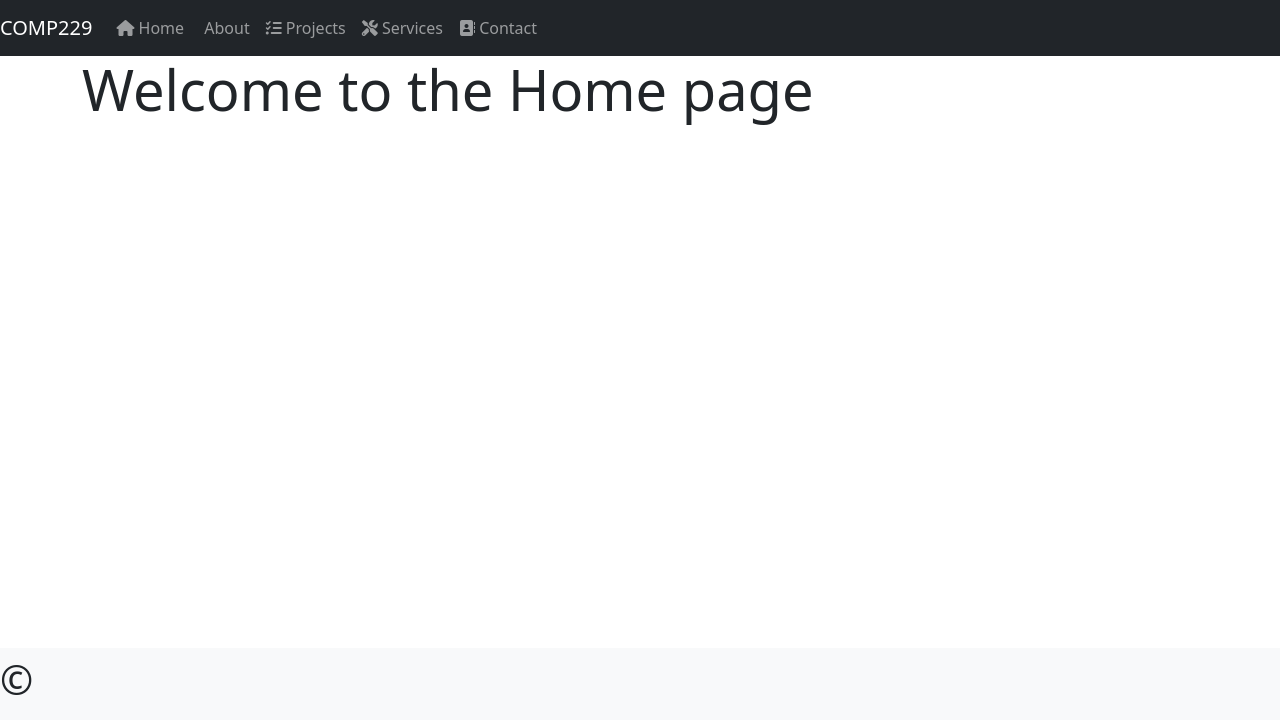
Repository: kiruriluap/COMP229-M2022-Labs
Page: http://localhost/home
An editor plug-in stored every save of this project. The page is shown before and after a run of saves, followed by the edit.
The browser window is 1280 px wide. The pictures show the whole page.
The page is served by the project's Node server (server.js).

Above is the page before, as saved 2022-05-28 18:09:27.

After the next 5 saves:
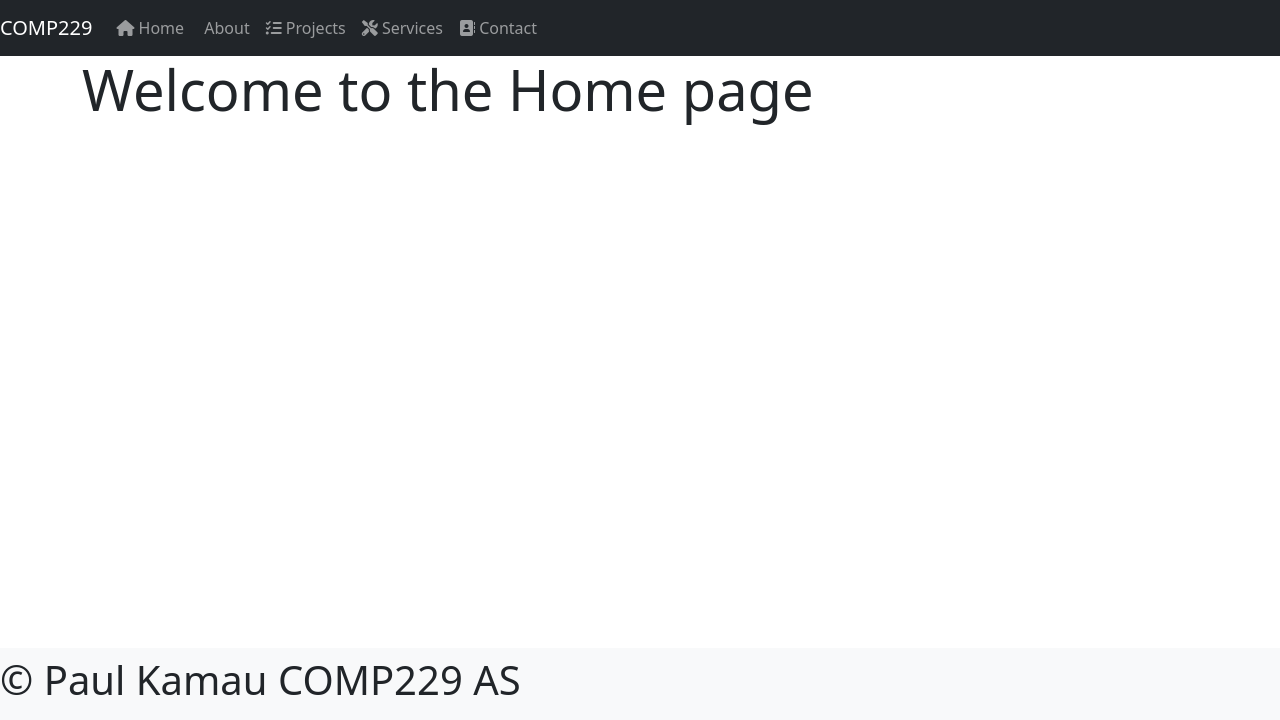
The 5 saves are shown as one change because they came seconds apart.
The last was saved 17 s later.
--- a/week3-6 Partials - Copy - Copy/views/index.ejs
+++ b/week3-6 Partials - Copy - Copy/views/index.ejs
@@ -79,7 +79,7 @@
 <!--Bottom Nav-->
 <footer>
   <nav class="navbar fixed-bottom navbar-light bg-light">
-  <h1 class="display-6">&copy;
+  <h1 class="display-6">&copy; Paul Kamau COMP229 AS
 </nav>
   </footer>
 
